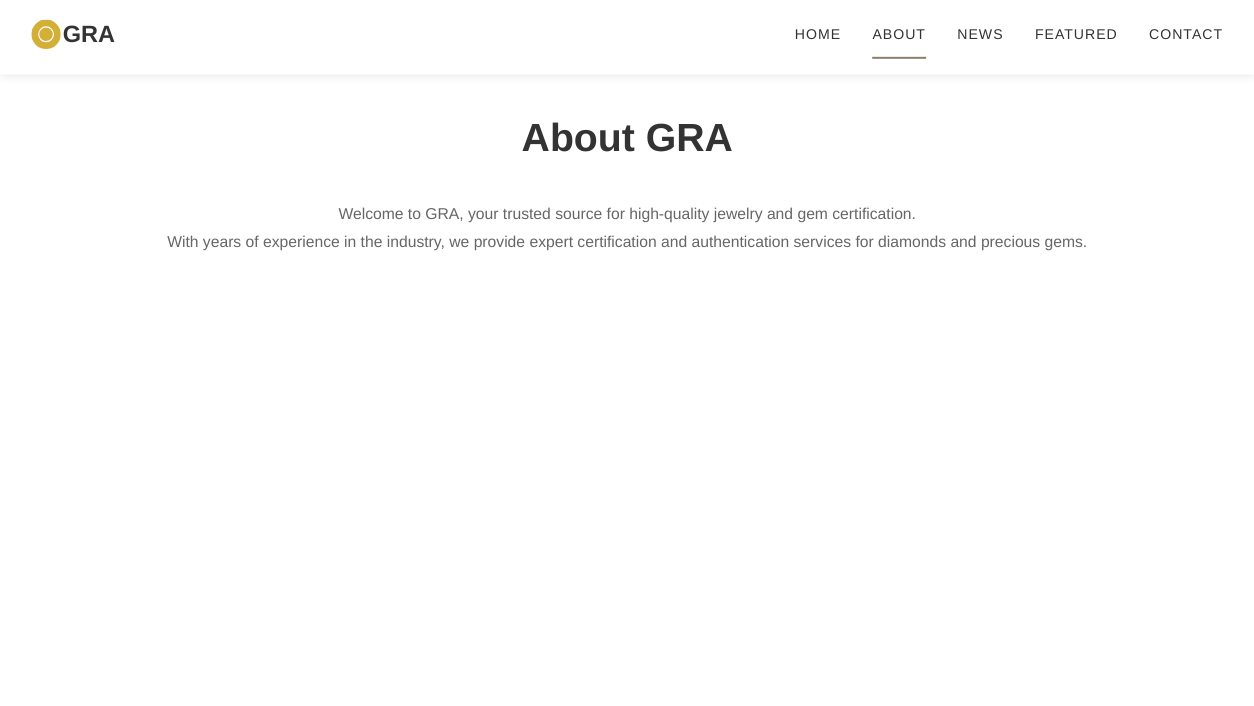
Repository: zhangchugao/jewelry
Page: /about
These files come from the project's save history. The page is drawn as it stood at one moment and after the next save; the edit follows.
The browser window is 1280 px wide. The pictures show the whole page, at 98% of full size.
The project was rebuilt for these pictures with package versions that can differ from the ones it lists, and the page was loaded fresh each time. Also part of the build but not shown: vite.config.ts, src/components/BannerSection.vue, src/components/CertificateSection.vue, src/views/HomeView.vue, src/views/NewsView.vue, src/views/FeaturedView.vue, src/views/ContactView.vue.

Above is the page before, as saved 2025-11-23 11:48:53.

After the next save:
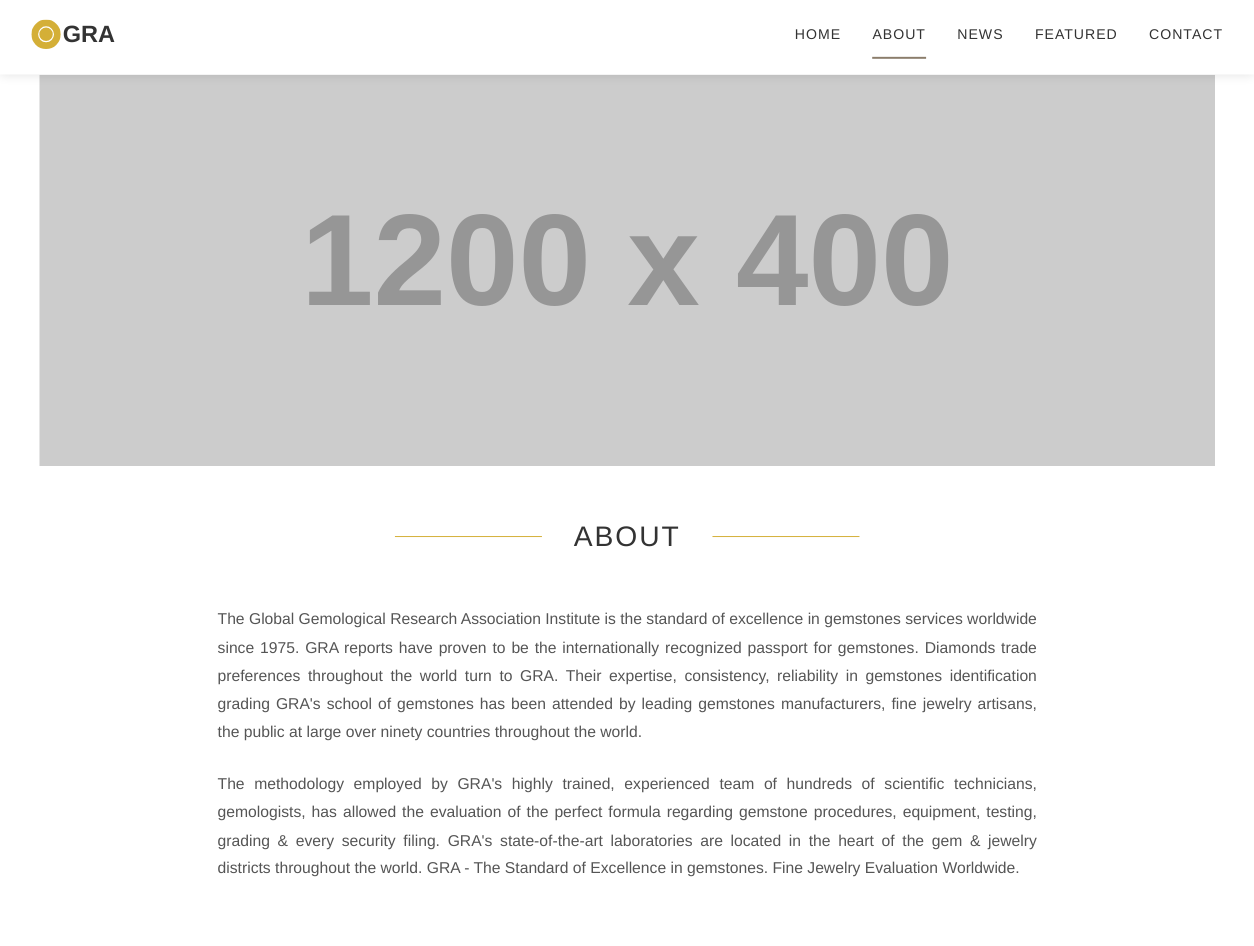
Saved 53 min 57 s later.
--- a/src/views/AboutView.vue
+++ b/src/views/AboutView.vue
@@ -1,9 +1,21 @@
 <template>
   <div class="about">
-    <h1>About GRA</h1>
+    <!-- 实验室图片 -->
+    <div class="lab-image-container">
+      <img src="https://via.placeholder.com/1200x400?text=GRA+Gemological+Laboratory" alt="GRA Gemological Laboratory" class="lab-image" />
+    </div>
+
+    <!-- 装饰性标题 -->
+    <div class="about-title-container">
+      <div class="title-decoration"></div>
+      <h1 class="about-title">About</h1>
+      <div class="title-decoration"></div>
+    </div>
+
+    <!-- 详细介绍内容 -->
     <div class="about-content">
-      <p>Welcome to GRA, your trusted source for high-quality jewelry and gem certification.</p>
-      <p>With years of experience in the industry, we provide expert certification and authentication services for diamonds and precious gems.</p>
+      <p>The Global Gemological Research Association Institute is the standard of excellence in gemstones services worldwide since 1975. GRA reports have proven to be the internationally recognized passport for gemstones. Diamonds trade preferences throughout the world turn to GRA. Their expertise, consistency, reliability in gemstones identification grading GRA's school of gemstones has been attended by leading gemstones manufacturers, fine jewelry artisans, the public at large over ninety countries throughout the world.</p>
+      <p>The methodology employed by GRA's highly trained, experienced team of hundreds of scientific technicians, gemologists, has allowed the evaluation of the perfect formula regarding gemstone procedures, equipment, testing, grading & every security filing. GRA's state-of-the-art laboratories are located in the heart of the gem & jewelry districts throughout the world. GRA - The Standard of Excellence in gemstones. Fine Jewelry Evaluation Worldwide.</p>
     </div>
   </div>
 </template>
@@ -14,19 +26,80 @@
 .about {
   max-width: 1200px;
   margin: 0 auto;
-  padding: 2rem;
+  padding: 0;
 }
 
-.about h1 {
-  font-size: 2.5rem;
-  color: #333;
-  margin-bottom: 2rem;
-  text-align: center;
+/* 实验室图片样式 */
+.lab-image-container {
+  width: 100%;
+  height: auto;
+  overflow: hidden;
+  margin: 0;
 }
 
+.lab-image {
+  width: 100%;
+  height: auto;
+  display: block;
+  object-fit: cover;
+}
+
+/* 装饰性标题样式 */
+.about-title-container {
+  display: flex;
+  align-items: center;
+  justify-content: center;
+  margin: 3rem 0;
+}
+
+.title-decoration {
+  flex: 1;
+  height: 1px;
+  background-color: #d4af37; /* Gold color */
+  max-width: 150px;
+}
+
+.about-title {
+  font-size: 1.8rem;
+  color: #333;
+  font-weight: 400;
+  margin: 0 2rem;
+  letter-spacing: 2px;
+  text-transform: uppercase;
+}
+
+/* 内容样式 */
 .about-content {
+  max-width: 900px;
+  margin: 0 auto 4rem;
+  padding: 0 2rem;
   line-height: 1.8;
-  color: #666;
-  text-align: center;
+  color: #555;
+  text-align: justify;
+}
+
+.about-content p {
+  margin-bottom: 1.5rem;
+}
+
+/* 响应式设计 */
+@media (max-width: 768px) {
+  .about-title-container {
+    margin: 2rem 0;
+  }
+
+  .title-decoration {
+    max-width: 80px;
+  }
+
+  .about-title {
+    font-size: 1.5rem;
+    margin: 0 1rem;
+  }
+
+  .about-content {
+    padding: 0 1rem;
+    text-align: left;
+  }
 }
 </style>
